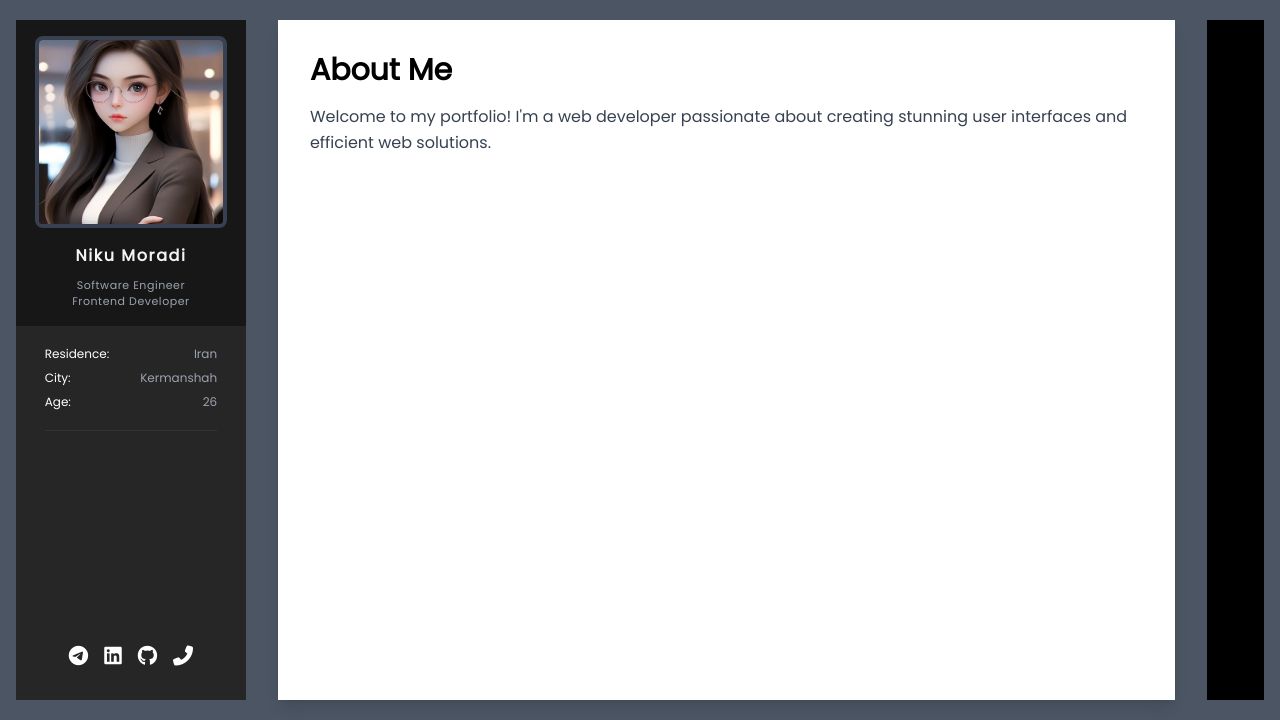
Repository: NikuMoradi/niku-moradi
Page: /
These files come from the project's save history. The page is drawn as it stood at one moment and after the next save; the edit follows.
The browser window is 1280 px wide. The pictures show the whole page.
The project was rebuilt for these pictures with package versions that can differ from the ones it lists, and the page was loaded fresh each time. The framework's server and built-in components were replaced by stand-ins that run in the browser. Also part of the build but not shown: nuxt.config.ts, components/Blog Posts/Component-Design.vue, components/Blog.vue, components/Contact.vue, components/Education.vue, components/Experience.vue, components/Hero.vue, components/Menu.vue and 3 more.

Above is the page before, as saved 2024-11-29 11:09:01.

After the next save:
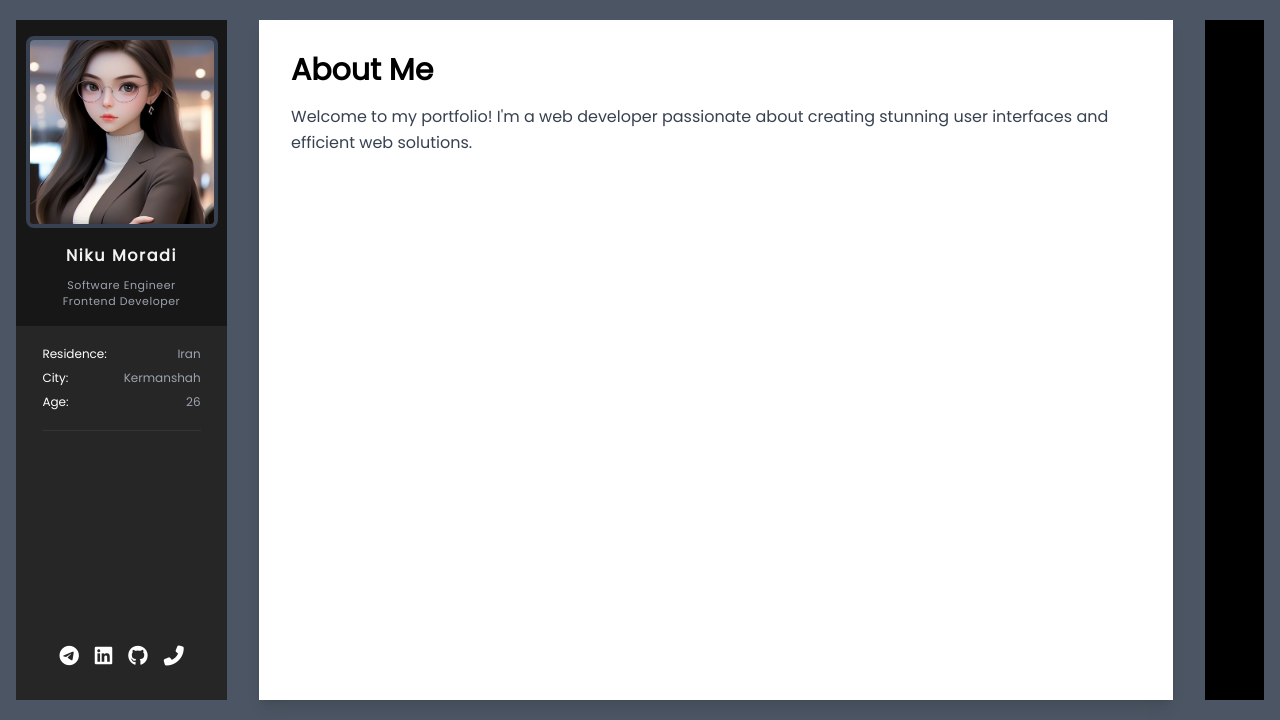
Saved 47 s later.
--- a/components/LeftPanel.vue
+++ b/components/LeftPanel.vue
@@ -1,6 +1,6 @@
 <template>
   <div
-    class="bg-neutral-800 text-white w-80 flex flex-col items-center"
+    class="bg-neutral-800 text-white w-72 flex flex-col items-center"
     style="height: calc(100vh - 40px)"
   >
     <!-- Header-->
